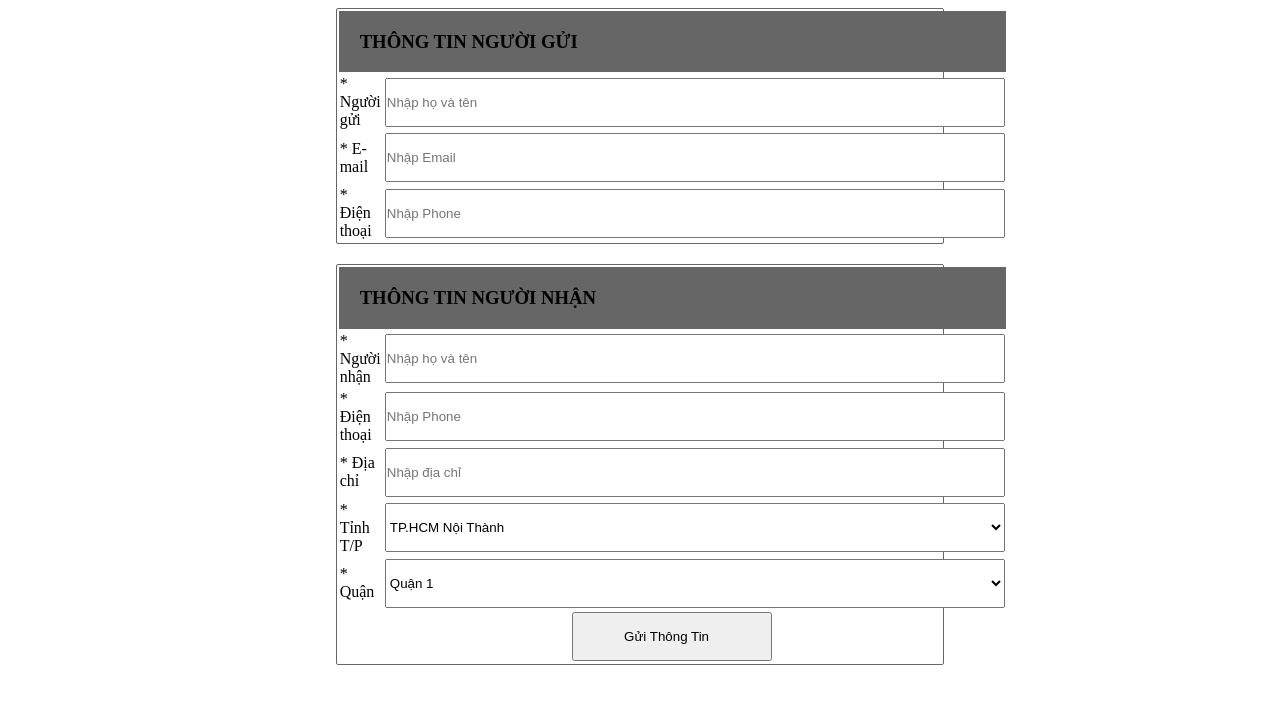
Repository: Tan-Khang21/TH_TKW--Buoi_04
Page: Bai_Tap_Mau/Bai_01/Bai_01.html
An editor plug-in stored every save of this project. The page is shown before and after the next save, followed by the edit.
The browser window is 1280 px wide. The pictures show the whole page.

Above is the page before, as saved 2024-03-05 21:39:26.

After the next save:
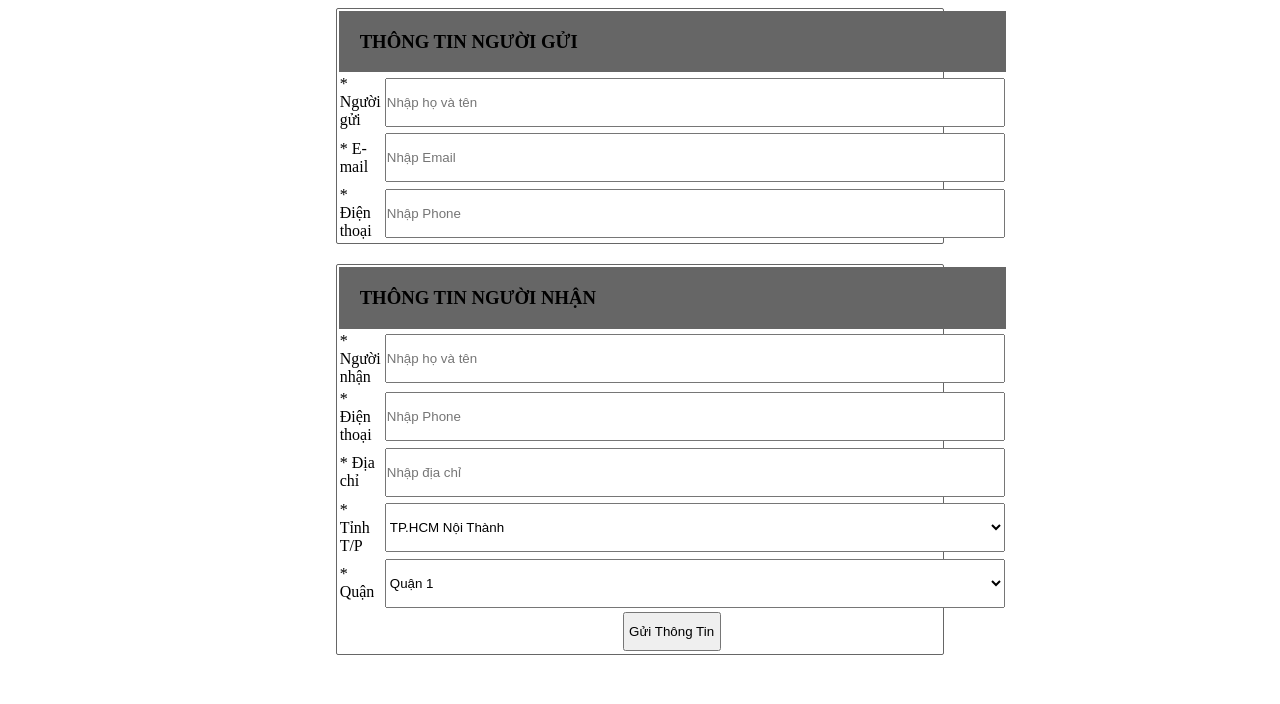
Saved 38 s later.
--- a/Bai_Tap_Mau/Bai_01/Bai_01.html
+++ b/Bai_Tap_Mau/Bai_01/Bai_01.html
@@ -122,7 +122,7 @@
         </tr>
         <tr >
 
-            <td align="center" colspan="2"><input type="button" value=" Gửi Thông Tin" style="padding: 15px; padding-left: 0; width: 200px"></td>
+            <td align="center" colspan="2"><input type="button" value=" Gửi Thông Tin" style="padding: 10px 5px; padding-left: 0;"></td>
         </tr>
       </table>
     </form>
